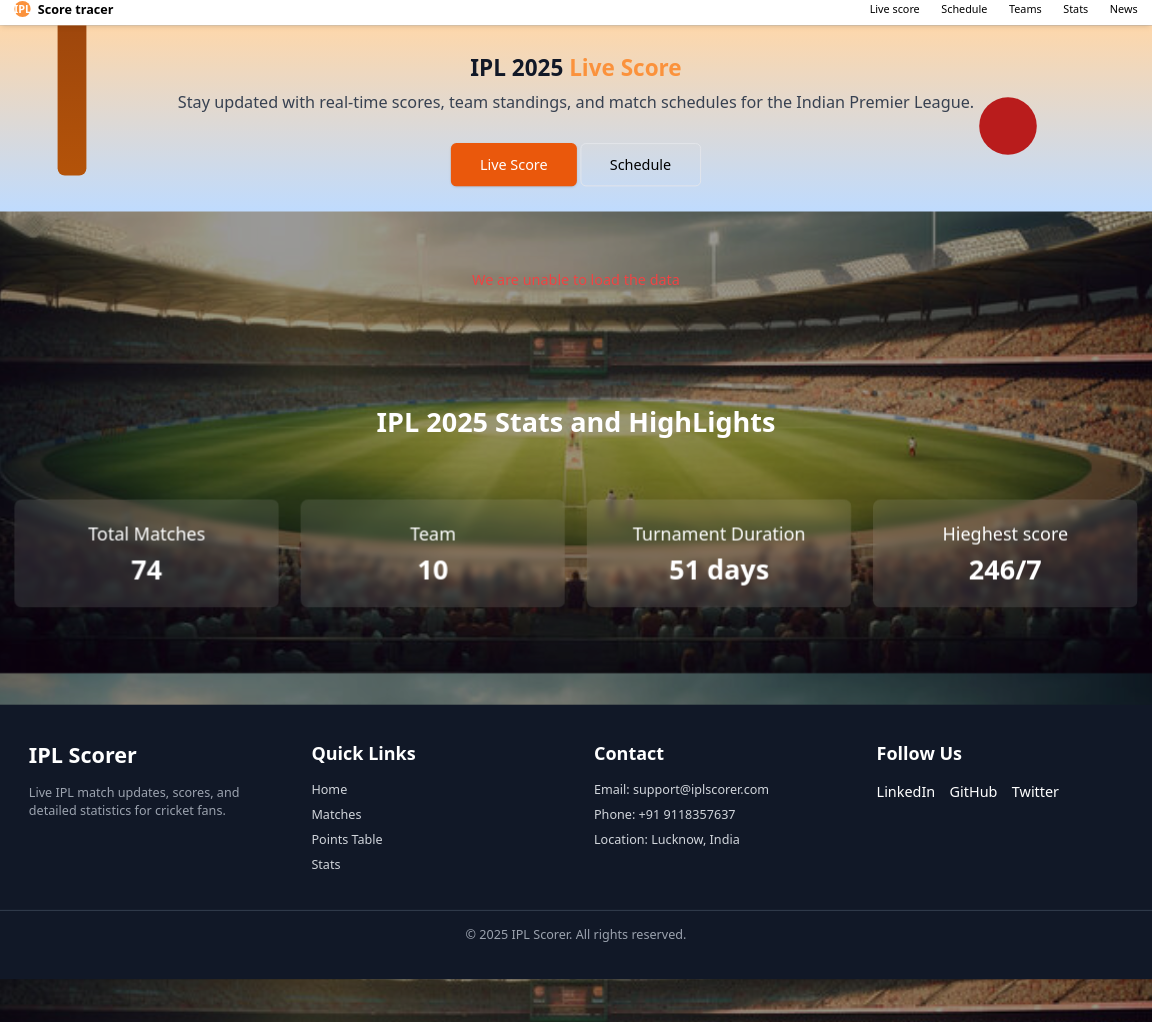
Repository: GauraVPandeyyy/IPL_PointsTable
Page: /
An editor plug-in stored every save of this project. The page is shown before and after the next save, followed by the edit.
The browser window is 1280 px wide. The pictures show the whole page, at 90% of full size.
The page's requests for data from a server got no answer. Backgrounds fixed to the window are drawn as part of the page. Some web libraries are served in a nearby version. The project was rebuilt for these pictures with package versions that can differ from the ones it lists, and the page was loaded fresh each time. No one was signed in, and anything a server would have sent is missing. Also part of the build but not shown: vite.config.js.

Above is the page before, as saved 2025-04-18 16:18:13.

After the next save:
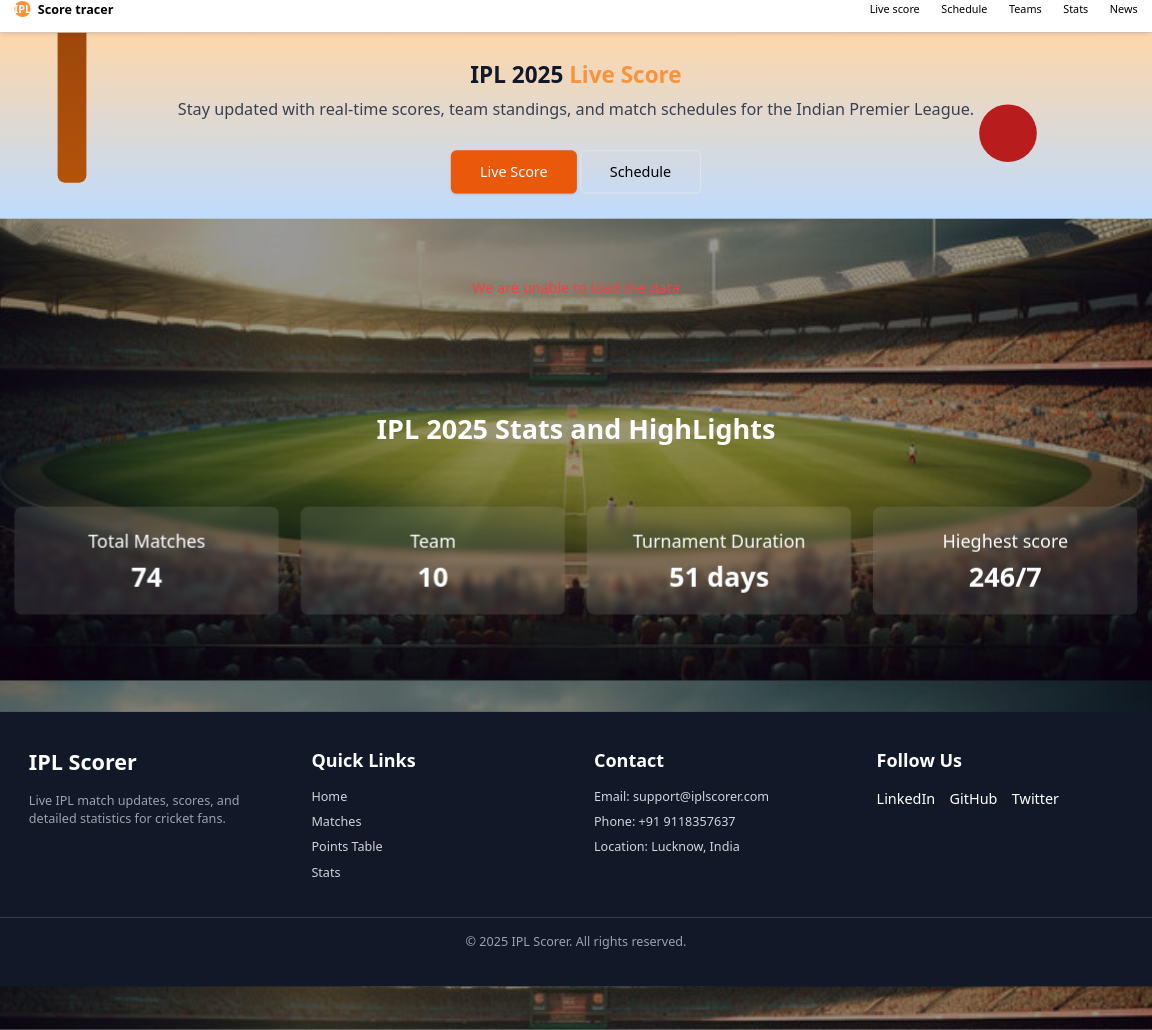
Saved 2 min 7 s later.
--- a/src/components/Header.jsx
+++ b/src/components/Header.jsx
@@ -15,7 +15,7 @@ export default function Header() {
     setIsOpen(!isopen);
   };
   return (
-    <div className="sticky h-7 top-0 z-50 bg-white shadow-md">
+    <div className="sticky h-9 top-0 z-50 bg-white shadow-md">
       <div className="container mx-auto px-4">
         {/* Logo */}
         <div className="flex items-center justify-between h-[20px]">
